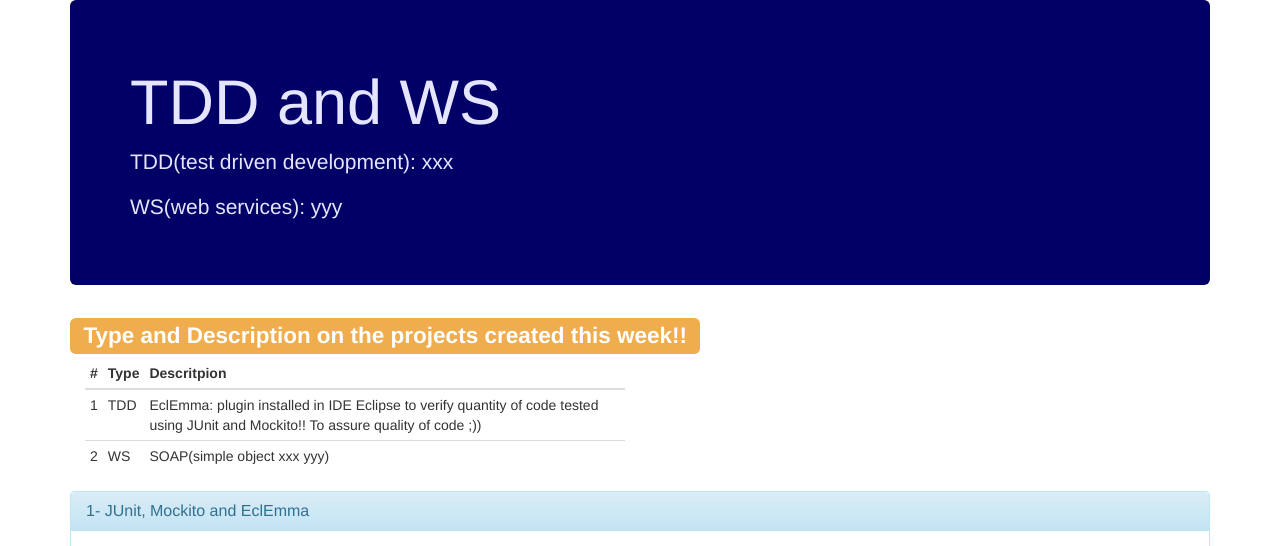
Repository: atafs/Deploy_GoogleAppEngine_webAPPS
Page: Project_001_Deploy_americotomasLIB/war/index.html
These files come from the project's save history. The page is drawn as it stood at one moment and after the next save; the edit follows.
The browser window is 1280 px wide. The pictures show the part of the page from y = 0 to 546 px (the page is 1438 px tall).
Pictures or frames that could not be fetched are drawn as grey boxes.

Above is the page before, as saved 2016-01-28 10:45:47.
Console error (its wording comes from the project's code and is left out).

### Project_001_Deploy_americotomasLIB/war/index.html
<!DOCTYPE html>
<html lang="en">
<head>
<meta charset="utf-8">
<meta http-equiv="X-UA-Compatible" content="IE=edge">
<meta name="viewport" content="width=device-width, initial-scale=1">
<!-- The above 3 meta tags *must* come first in the head; any other head content must come *after* these tags -->
<meta name="description" content="">
<meta name="author" content="">
<link rel="icon" href="../../favicon.ico">

<title>AmericoTomas Proj</title>

</head>
<body role="document">
	<div class="container theme-showcase" role="main">
		<!-- Main jumbotron for a primary marketing message or call to action -->
		<div style="background-color: #000066; color: #e5e5ff"
			class="jumbotron">
			<h1>TDD and WS</h1>
			<p>TDD(test driven development): xxx</p>
			<p>WS(web services): yyy</p>
		</div>
		<h2>
			<span class="label label-warning">Type and Description on the
				projects created this week!!</span>
		</h2>
		<div class="col-md-6">
			<table class="table table-condensed">
				<thead>
					<tr>
						<th>#</th>
						<th>Type</th>
						<th>Descritpion</th>
					</tr>
				</thead>
				<tbody>
					<tr>
						<td>1</td>
						<td>TDD</td>
						<td>EclEmma: plugin installed in IDE Eclipse to verify quantity of code tested using JUnit and Mockito!! To assure quality of code ;)) </td>
					</tr>
					<tr>
						<td>2</td>
						<td>WS</td>
						<td>SOAP(simple object xxx yyy)</td>
					</tr>
				</tbody>
			</table>
		</div>
		<div class="row"></div>
		<!-- /.col-sm-4 -->
		<div class="row-sm-4">
			<div class="panel panel-info">
				<div class="panel-heading">
					<h3 class="panel-title">1- JUnit, Mockito and EclEmma</h3>
				</div>
				<div class="panel-body">
					<iframe width="560" height="315" src="https://www.youtube.com/embed/hkk8kWs78kk?list=PLBaNeIDelX0LWugK_EMfT9q_S85-bH_qY" frameborder="0" allowfullscreen></iframe>
					<h2>
						<span class="label label-primary" style="color: #000066;">github:
							<a style="color: white;"
							href="https://1-dot-project001deploybootstrapsite.appspot.com/">name_of_the_project</a>
						</span>
					</h2>
				</div>
			</div>

			<div class="panel panel-info">
				<div class="panel-heading">
					<h3 class="panel-title">2- SOAP(simple object xxx yyy)</h3>
				</div>
				<div class="panel-body">
					<iframe width="560" height="315" src="https://www.youtube.com/embed/Jtj-0yhox5s" frameborder="0" allowfullscreen></iframe>
				</div>
				<h2>
					<span class="label label-primary" style="color: #000066;">github:
						<a style="color: white;"
						href="https://1-dot-project001deploybootstrapsite.appspot.com/">name_of_the_project</a>
					</span>
				</h2>
			</div>
		</div>
	</div>
	</div>
	<!-- /container -->

	<!-- Latest compiled and minified CSS -->
	<link rel="stylesheet"
		href="https://maxcdn.bootstrapcdn.com/bootstrap/3.3.6/css/bootstrap.min.css"
		integrity="sha384-1q8mTJOASx8j1Au+a5WDVnPi2lkFfwwEAa8hDDdjZlpLegxhjVME1fgjWPGmkzs7"
		crossorigin="anonymous">

	<!-- Optional theme -->
	<link rel="stylesheet"
		href="https://maxcdn.bootstrapcdn.com/bootstrap/3.3.6/css/bootstrap-theme.min.css"
		integrity="sha384-fLW2N01lMqjakBkx3l/M9EahuwpSfeNvV63J5ezn3uZzapT0u7EYsXMjQV+0En5r"
		crossorigin="anonymous">

	<!-- Latest compiled and minified JavaScript -->
	<script
		src="https://maxcdn.bootstrapcdn.com/bootstrap/3.3.6/js/bootstrap.min.js"
		integrity="sha384-0mSbJDEHialfmuBBQP6A4Qrprq5OVfW37PRR3j5ELqxss1yVqOtnepnHVP9aJ7xS"
		crossorigin="anonymous"></script>
</body>
</html>

After the next save:
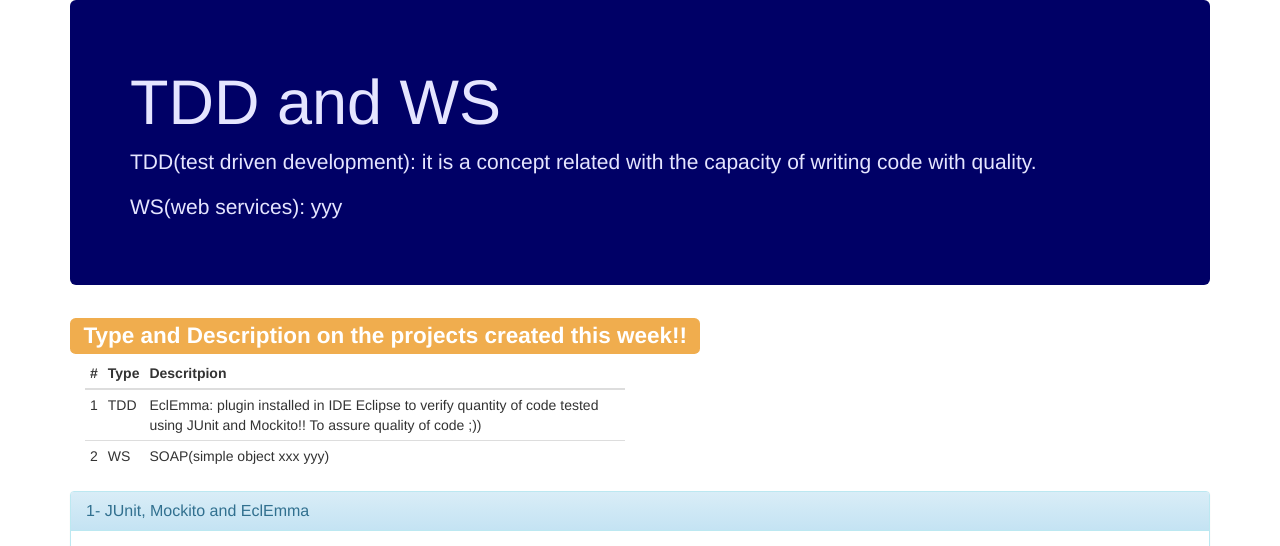
Saved 3 min 46 s later.
--- a/Project_001_Deploy_americotomasLIB/war/index.html
+++ b/Project_001_Deploy_americotomasLIB/war/index.html
@@ -18,7 +18,7 @@
 		<div style="background-color: #000066; color: #e5e5ff"
 			class="jumbotron">
 			<h1>TDD and WS</h1>
-			<p>TDD(test driven development): xxx</p>
+			<p>TDD(test driven development): it is a concept related with the capacity of writing code with quality.</p>
 			<p>WS(web services): yyy</p>
 		</div>
 		<h2>
